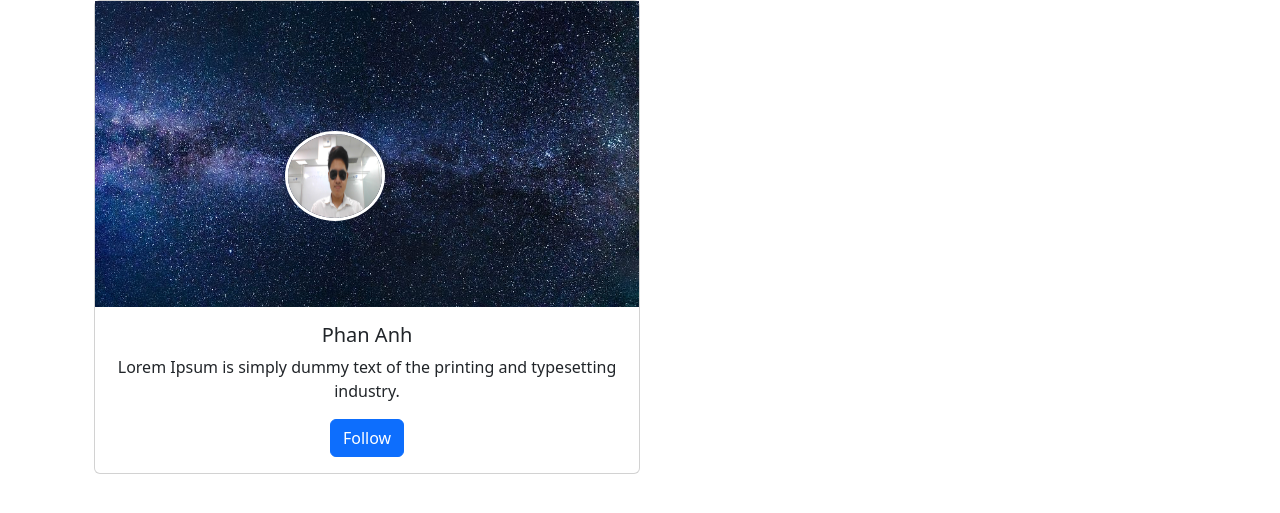
Repository: NPhanA/React2022
Page: / (app in Day 03-React/exercise/)
These files come from the project's save history. The page is drawn as it stood at one moment and after the next save; the edit follows.
The browser window is 1280 px wide. The pictures show the whole page.
The project was rebuilt for these pictures with package versions that can differ from the ones it lists, and the page was loaded fresh each time. Also part of the build but not shown: Day 03-React/exercise/src/App.css, Day 03-React/exercise/src/App.js, Day 03-React/exercise/src/Components/UserAgent.js.

Above is the page before, as saved 2022-07-26 16:41:31.

### Day 03-React/exercise/src/index.js
import React from 'react';
import ReactDOM from 'react-dom/client';
import './index.css';
import App from './App';
import reportWebVitals from './reportWebVitals';
import 'bootstrap/dist/css/bootstrap.min.css';
import {createRoot} from 'react-dom/client';
import UserAgent from './Components/UserAgent';
import App1 from './Components/ProfileCard';
import ProfileCard from './Components/ProfileCard';
const container = document.getElementById('root');
const root = createRoot(container);
root.render(<ProfileCard />);

### Day 03-React/exercise/src/Components/ProfileCard.js
import avatar from '../Pictures/Avatar.jpg';
import space from '../Pictures/Space.jpg';

function ProfileCard() {
    return (
        <div className="container ">
            <div className="row mx-auto">
                <div className="col-xs-12 col-xxl-6 mx-auto">
        <div className="card w-50 text-center" >
        <div className="upper">
                <img src={space} className="img-fluid"></img>
              </div>
              <div className="user text-center">
                <div className="profile">
                  <img src={avatar} className="rounded-circle position-absolute" width="80" style={{
        top:"130px",
        left: "35%",
        height: "90px",
        width: "100px",
        border:"3px solid #fff",
        borderradius: "50%"}}></img>
                </div>
              </div>
        <div className="card-body">
          <h5 className="card-title">Phan Anh</h5>
          <p className="card-text">Lorem Ipsum is simply dummy text of the printing and typesetting industry.</p>
          <a href="#" className="btn btn-primary">Follow</a>
        </div>
      </div>
      </div>
      </div>
      </div>
    );
  }

  export default ProfileCard;

Loaded but not shown: Day 03-React/exercise/public/index.html (common file); Day 03-React/exercise/src/index.css (common file); Day 03-React/exercise/src/reportWebVitals.js (common file)

After the next save:
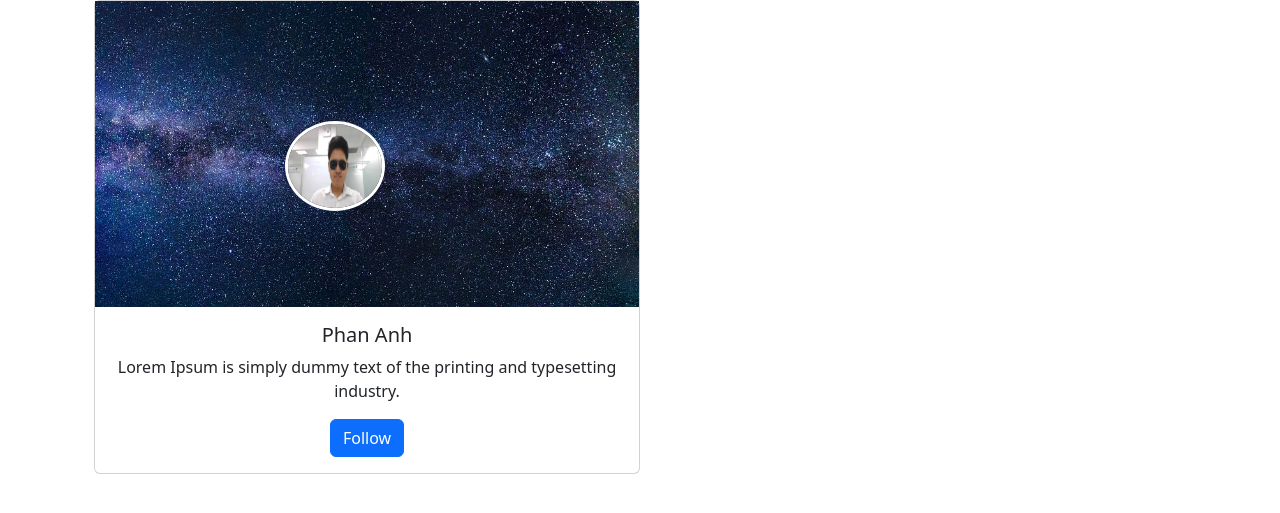
Saved 4 s later.
--- a/Day 03-React/exercise/src/Components/ProfileCard.js
+++ b/Day 03-React/exercise/src/Components/ProfileCard.js
@@ -13,7 +13,7 @@ function ProfileCard() {
               <div className="user text-center">
                 <div className="profile">
                   <img src={avatar} className="rounded-circle position-absolute" width="80" style={{
-        top:"130px",
+        top:"120px",
         left: "35%",
         height: "90px",
         width: "100px",
